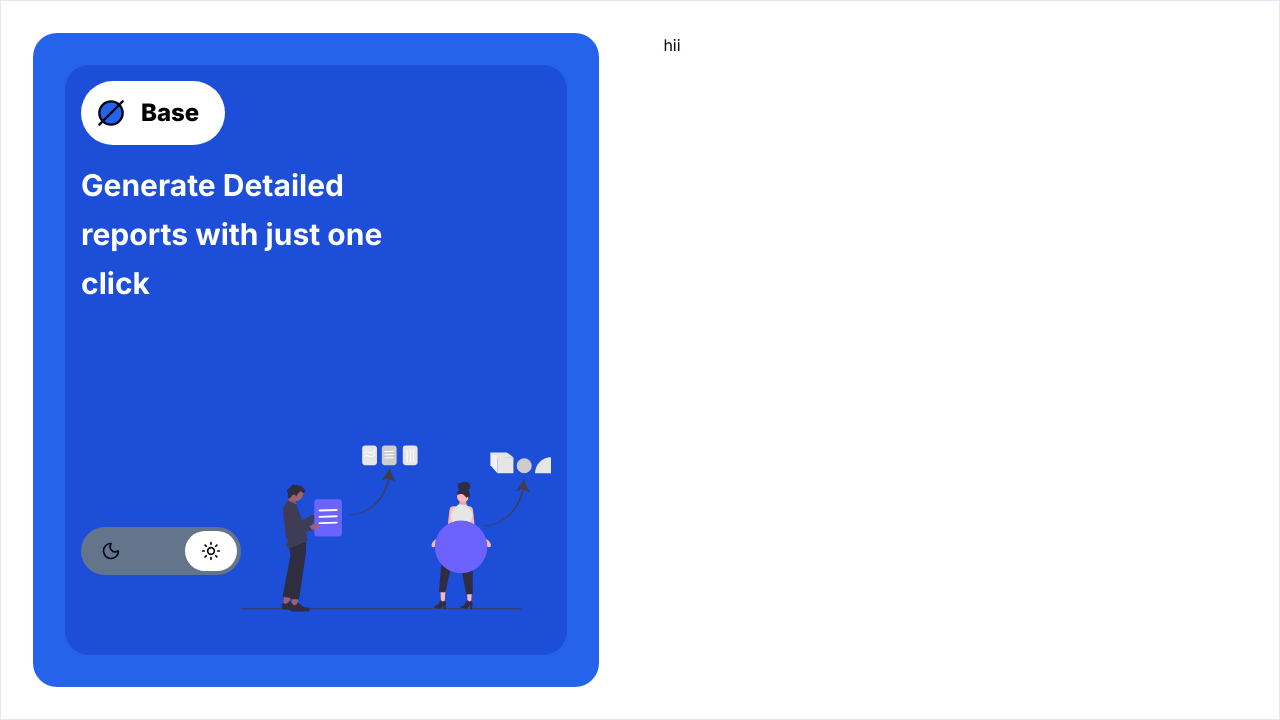
Repository: Hardyy00/openinapp_assignment
Page: /
The author's editor kept a copy of each file at every save. The page is drawn from the files as they stood at one save, then again after the next save.
The browser window is 1280 px wide. The pictures show the whole page.
The project was rebuilt for these pictures with package versions that can differ from the ones it lists, and the page was loaded fresh each time. The framework's server and built-in components were replaced by stand-ins that run in the browser. Also part of the build but not shown: next.config.mjs.

Above is the page before, as saved 2024-08-23 15:38:29.

### app/layout.tsx
import type { Metadata } from "next";
import { Inter } from "next/font/google";
import "./globals.css";
import { ThemeProvider } from "@/components/theme-provider";

const inter = Inter({ subsets: ["latin"] });

export const metadata: Metadata = {
  title: "Create Next App",
  description: "Generated by create next app",
};

export default function RootLayout({
  children,
}: Readonly<{
  children: React.ReactNode;
}>) {
  return (
    <html lang="en">
      <body className={inter.className}>
        <ThemeProvider
          attribute="class"
          defaultTheme="system"
          storageKey="base"
        >
          {children}
        </ThemeProvider>
      </body>
    </html>
  );
}

### app/(auth)/layout.tsx
import { ThemeToggle } from "@/components/theme-toggle";
import { CircleSlash2 } from "lucide-react";
import Image from "next/image";

export default function Layout({ children }: { children: React.ReactNode }) {
  return (
    <div className="w-full h-full border flex flex-col lg:flex-row">
      <div className="flex-[0.5] p-8">
        <div className="p-8 bg-blue-600 h-full rounded-3xl">
          <div className="p-4 bg-blue-700 h-full rounded-3xl flex flex-col gap-y-4 justify-between">
            <div className="p-4 flex items-center bg-white rounded-full w-[9rem] space-x-4">
              <CircleSlash2 className="stroke-white-600 fill-blue-600 h-7 w-7" />
              <h1 className="text-black font-extrabold text-2xl ">Base</h1>
            </div>

            <div className="w-[80%]">
              <p className="text-3xl font-bold text-wrap leading-relaxed text-white">
                Generate Detailed reports with just one click
              </p>
            </div>

            <div className=" flex h-[24rem]">
              <div className="flex-[0.3] self-end pb-16">
                <ThemeToggle />
              </div>
              <div className="flex-1 h-[70%] self-end  relative">
                {/* <div className="h-[70%]"> */}
                {/* <div className=" relative h-[70%] "> */}
                <Image src={"/auth.svg"} fill alt="svg" />
                {/* </div> */}
                {/* </div> */}
              </div>
            </div>
          </div>
        </div>
      </div>

      <div>{children}</div>
    </div>
  );
}

### app/(auth)/page.tsx
export default function Page() {
  return (
    <div className="h-full p-8">
      <div className="">hii</div>
    </div>
  );
}

### components/theme-toggle.tsx
"use client";

import { Moon, Sun } from "lucide-react";
import { useTheme } from "next-themes";
import { Button } from "./ui/button";
import { cn } from "@/lib/utils";
import { useState } from "react";

export const ThemeToggle = () => {
  const { setTheme } = useTheme();
  const [on, setOn] = useState<String>("sun");

  const handleClick = (type: string) => {
    if (type === "sun") {
      setOn("sun");
      setTheme("light");
    } else {
      setOn("moon");
      setTheme("dark");
    }
  };

  return (
    <div className="w-[10rem] p-1 rounded-full bg-muted-foreground">
      <div className="flex w-full items-center justify-between">
        <Button
          variant={"ghost"}
          className={cn(
            "p-4 rounded-[4rem]",
            on === "moon" && "bg-black text-white"
          )}
          onClick={() => handleClick("moon")}
        >
          <Moon className="h-5 w-5" />
        </Button>

        <Button
          variant={"ghost"}
          className={cn(
            "p-4 rounded-[4rem] hover:bg-white hover:text-black",
            on === "sun" && "bg-white text-black"
          )}
          onClick={() => handleClick("sun")}
        >
          <Sun className="h-5 w-5" />
        </Button>
      </div>
    </div>
  );
};

### components/ui/button.tsx
import * as React from "react";
import { Slot } from "@radix-ui/react-slot";
import { cva, type VariantProps } from "class-variance-authority";

import { cn } from "@/lib/utils";

const buttonVariants = cva(
  "inline-flex items-center justify-center whitespace-nowrap rounded-md text-sm font-medium ring-offset-background transition-colors focus-visible:outline-none focus-visible:ring-2 focus-visible:ring-ring focus-visible:ring-offset-2 disabled:pointer-events-none disabled:opacity-50",
  {
    variants: {
      variant: {
        primary: "bg-blue-600 text-primary-foreground",
        default: "bg-primary text-primary-foreground hover:bg-primary/90",
        destructive:
          "bg-destructive text-destructive-foreground hover:bg-destructive/90",
        outline:
          "border border-input bg-background hover:bg-accent hover:text-accent-foreground",
        secondary:
          "bg-secondary text-secondary-foreground hover:bg-secondary/80",
        ghost: "hover:bg-accent hover:text-accent-foreground",
        link: "text-primary underline-offset-4 hover:underline",
      },
      size: {
        default: "h-10 px-4 py-2",
        sm: "h-9 rounded-md px-3",
        lg: "h-11 rounded-md px-8",
        icon: "h-10 w-10",
      },
    },
    defaultVariants: {
      variant: "default",
      size: "default",
    },
  }
);

export interface ButtonProps
  extends React.ButtonHTMLAttributes<HTMLButtonElement>,
    VariantProps<typeof buttonVariants> {
  asChild?: boolean;
}

const Button = React.forwardRef<HTMLButtonElement, ButtonProps>(
  ({ className, variant, size, asChild = false, ...props }, ref) => {
    const Comp = asChild ? Slot : "button";
    return (
      <Comp
        className={cn(buttonVariants({ variant, size, className }))}
        ref={ref}
        {...props}
      />
    );
  }
);
Button.displayName = "Button";

export { Button, buttonVariants };

Loaded but not shown: app/globals.css (common file); components/theme-provider.tsx (common file); lib/utils.ts (common file); tailwind.config.ts (common file)

After the next save:
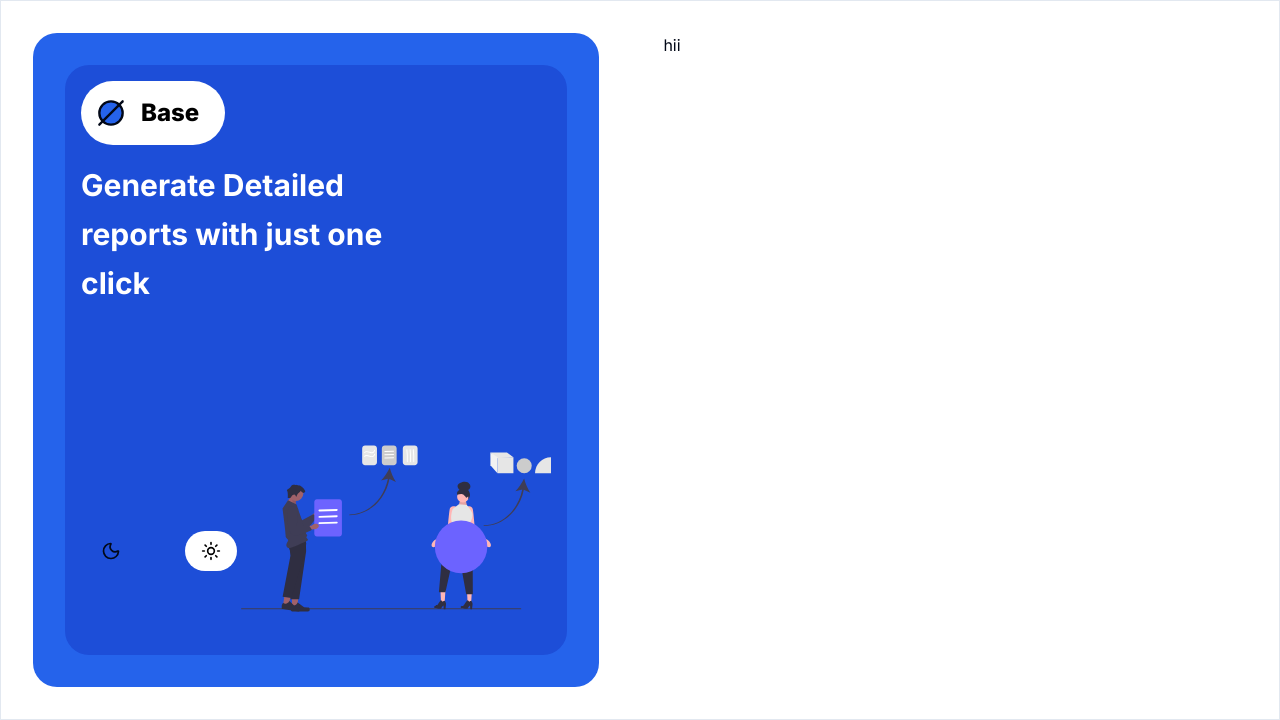
Saved 20 s later.
--- a/components/theme-toggle.tsx
+++ b/components/theme-toggle.tsx
@@ -21,7 +21,7 @@ export const ThemeToggle = () => {
   };
 
   return (
-    <div className="w-[10rem] p-1 rounded-full bg-muted-foreground">
+    <div className="w-[10rem] p-1 rounded-full bg-">
       <div className="flex w-full items-center justify-between">
         <Button
           variant={"ghost"}
